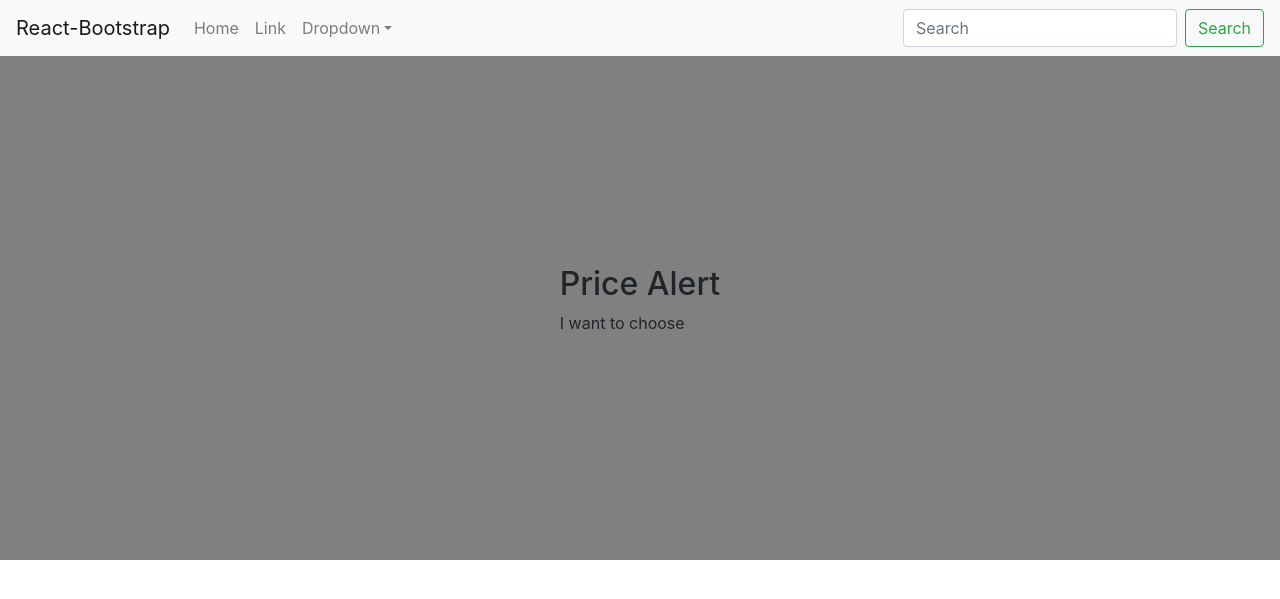
Repository: flychicken123/PriceAlertFront
Page: /
An editor plug-in stored every save of this project. The page is shown before and after the next save, followed by the edit.
The browser window is 1280 px wide. The pictures show the whole page.
The project was rebuilt for these pictures with package versions that can differ from the ones it lists, and the page was loaded fresh each time. Also part of the build but not shown: src/App.css.

Above is the page before, as saved 2021-03-05 20:34:56.

After the next save:
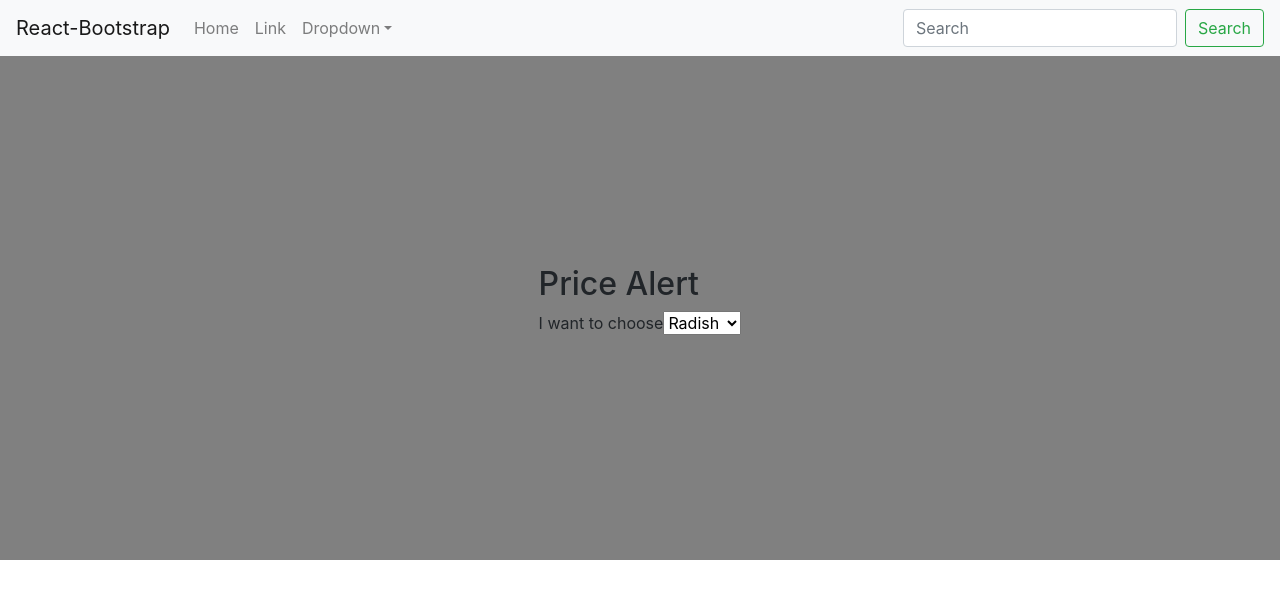
Saved 2 min 2 s later.
--- a/src/components/Home.jsx
+++ b/src/components/Home.jsx
@@ -11,6 +11,11 @@ const Home = () => {
                         <h2>Price Alert</h2>
                         <Form.Group colcontrolId="formBasicEmail">
                             <text>I want to choose</text>
+                            <select value="Radish">
+                                <option value="Orange">Orange</option>
+                                <option value="Radish">Radish</option>
+                                <option value="Cherry">Cherry</option>
+                            </select>
                         </Form.Group>
                     </Form>
 
